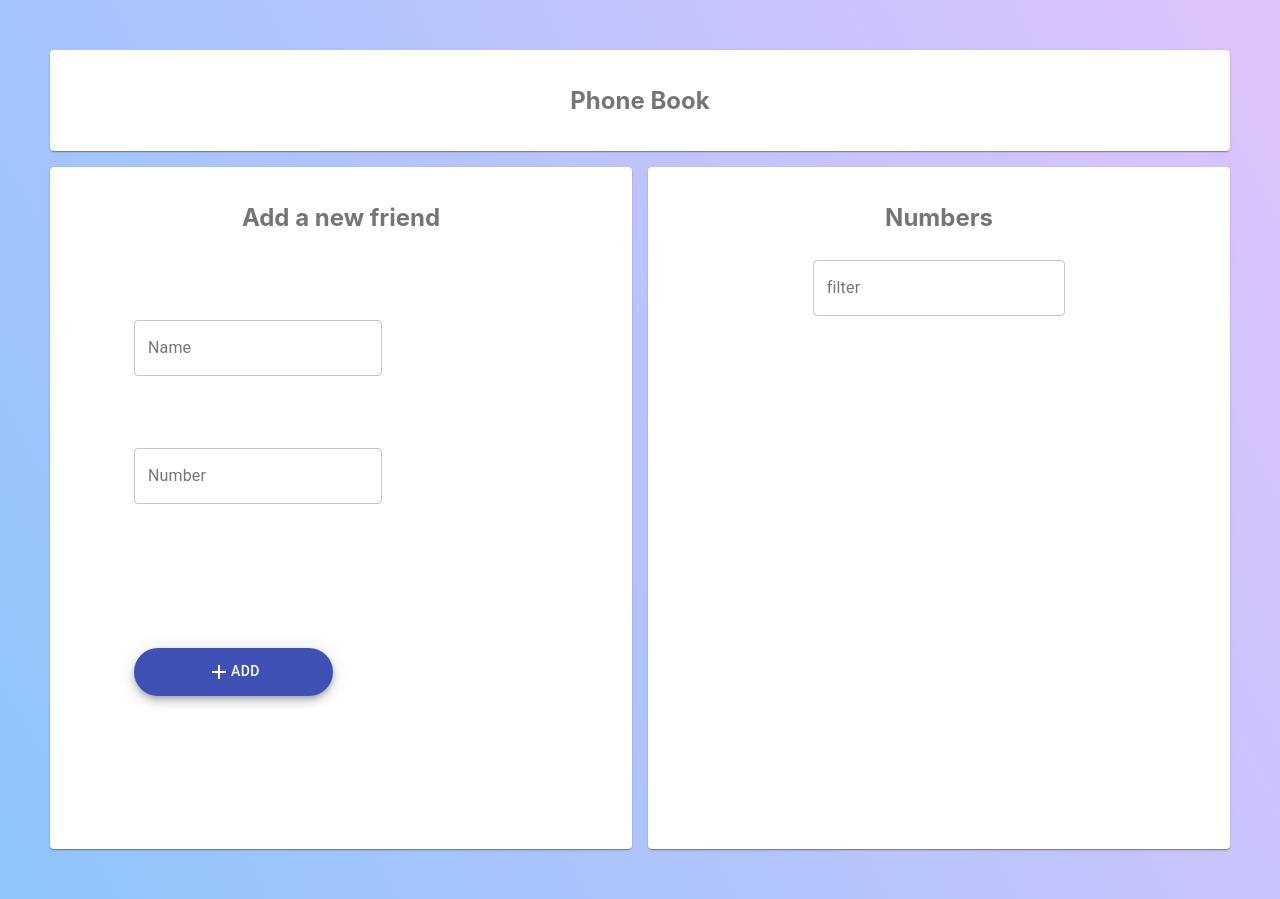
Repository: StacyLafume/phone-book
Page: / (app in phone-book/)
An editor plug-in stored every save of this project. The page is shown before and after the next save, followed by the edit.
The browser window is 1280 px wide. The pictures show the whole page.
The page's requests for data from a server got no answer. The project was rebuilt for these pictures with package versions that can differ from the ones it lists, and the page was loaded fresh each time. No one was signed in, and anything a server would have sent is missing. Also part of the build but not shown: phone-book/src/PhoneBook.js.

Above is the page before, as saved 2021-04-02 02:28:59.

### phone-book/src/index.css
body {
  margin: 0;
  font-family: -apple-system, BlinkMacSystemFont, 'Segoe UI', 'Roboto', 'Oxygen',
    'Ubuntu', 'Cantarell', 'Fira Sans', 'Droid Sans', 'Helvetica Neue',
    sans-serif;
  -webkit-font-smoothing: antialiased;
  -moz-osx-font-smoothing: grayscale;
  background-color: #8EC5FC;
background-image: linear-gradient(62deg, #8EC5FC 0%, #E0C3FC 100%);

}

code {
  font-family: source-code-pro, Menlo, Monaco, Consolas, 'Courier New',
    monospace;
}

### phone-book/src/App.js
import React, { useState, useEffect } from "react";
// importing a modual personsService
import personsService from "./Service/person";
import Filter from "./Filter";
import Notification from "./Notification";
import PersonForm from "./PersonForm";
import PhoneBook from "./PhoneBook";
import { makeStyles } from '@material-ui/core/styles';
import Paper from '@material-ui/core/Paper';
import Grid from '@material-ui/core/Grid';
import Box from '@material-ui/core/Box';
import List from '@material-ui/core/List';


const App = () => {
  const [persons, setPersons] = useState([]);
  const [newName, setNewName] = useState("");
  const [newNumber, setNewNumber] = useState("");
  const [showFilter, setshowFilter] = useState("");
  const [notification, setNotification] = useState(null);
  const [success, setSuccess] = useState(null);

  const useStyles = makeStyles((theme) => ({
    root: {
      flexGrow: 1,
      margin: 50,

    },
    paper: {
      padding: theme.spacing(2),
      justifyItems: 'center',
      color: theme.palette.text.secondary,
      overflow: 'auto',
      height: 650,

    },
    header1: {
      padding: theme.spacing(2),
      justifyItems: 'center',
      color: theme.palette.text.secondary,
      overflow: 'auto',
      textAlign: 'center'
    },
    addFriend:{
      padding: theme.spacing(2),
      justifyItems: 'center',
      color: theme.palette.text.secondary,
      overflow: 'auto',
      textAlign: 'center',
      height: 650,
      justifyContent: 'center'

    }
  }));

  // show data on the screen
  useEffect(() => {
    personsService
      .getAll()
      .then(response => {
        setPersons(response);
      })
      .catch(error => showMessage("Could not retrieve data", false));
  }, []);

  const addNewName = e => {
    e.preventDefault();
    const personObject = {
      name: newName,
      number: newNumber
    };

    //console.log('persons.some(e => e.name === newName)',persons.some(e => e.name === newName))

    // if name is already in phone book return true and alert user
    if (persons.some(e => e.name === newName)) {

      // first name equal to that name
      let personId = persons.find(item => item.name === newName);

      // assigning whats in person obj to person id to update the entry
      let updatedEntry = Object.assign(personId, personObject);

      // alert the user  to update name  and / or  number
      if (
        window.confirm(
          `Do you want to update ${newName} with number ${newNumber}?`
        )
      ) {
        // based on the condition it will make put request to update
        personsService
          .update(personId.id, personObject)
          .then(() => {
            setPersons(
              // map through persons check if name is equal to new name
              //and either return updatedEntry or item
              persons.map(item => (item.name === newName ? updatedEntry : item))
            );
            // reset inputs
            setNewName("");
            setNewNumber("");
            // alert user of the changes
            showMessage(` ${newName} phone number updated`);
          })
          .catch(error => {
            showMessage(
              `Update failed. ${newName} has already been removed from the phone book.`,
              false
            );
            setPersons(persons.filter(n => n.name !== newName));
          });
      }
    } else {
      // if number is already in phone book return true and alert user
      if (persons.some(e => e.number === newNumber)) {
        showMessage(`# ${newNumber} is already in the phone book.`, false);
      } else {
        // check if inputs are empty and set show message
        if (newName === "" || newNumber === "") {
          showMessage(`The name and number must not be empty`, false);
        } else {
          // add personObject to the data base
          personsService
            .create(personObject)
            .then(returnedPerson => {
              setPersons(persons.concat(returnedPerson));
              // reset inputs
              setNewName("");
              setNewNumber("");
              // alert user
              showMessage(`User ${newName} has been added to the phone book`);
            })
            .catch(error => {
              console.log(error.response.data.error)
              return showMessage(
                `Failed to add number. More about error: ${error.response.data.error
                }`,
                false
              );
            });
          // make a get requests of updated data
          personsService
            .getAll()
            .then(response => {
              setPersons(response);
            })
            .catch(error => showMessage("Could not retrieve data", false));
        }
      }
    }
  };

  const removeEntry = person => {
    // if user clicks yes to remove
    if (window.confirm(`Remove ${person.name}?`)) {
      // call delete request with id that needs to be deleted
      personsService
        .remove(person.id)
        .then(() => {
          // setPerson to filtered array of every preson but the deleted person
          setPersons(persons.filter(item => item.id !== person.id));
          showMessage(`${person.name} has been removed from the phone book`);
        })
        .catch(error => {
          showMessage(
            `Removal failed. User ${person.name
            } has already been removed from the phone book.`,
            false
          );
          // make a get requests of updated data
          personsService
            .getAll()
            .then(response => {
              setPersons(response);
            })
            .catch(error => showMessage("Could not retrieve data", false));
        });
    }
  };

  // tracking values in the name input
  const handleNameChange = e => {
    // console.log(e.target.value);
    setNewName(e.target.value);
  };

  // tracking values in the number input
  const handleNumberChange = e => {
    setNewNumber(e.target.value);
  };

  const showMessage = (message, successNotification = true) => {
    // sets notication based on the true or false given by the condiyion it was called in
    setNotification(message);
    // boolean value if the rquest was successful or not
    setSuccess(successNotification);

    // the notification will stay on browser for 3 sec
    setTimeout(() => {
      setNotification(null);
      setSuccess(null);
    }, 3000);
  };

  const classes = useStyles();
  return (
    <Box className={classes.root}>
      <Grid container spacing={2}>
      <Grid item xs={12}>
      <Paper className={classes.header1}>
        <h2>Phone Book</h2>
        </Paper>
        </Grid>
        <Grid item xs={6} >
          <Paper className={classes.paper}>


            <h2>Add a new friend</h2>
            <PersonForm
              addNewName={addNewName}
              newName={newName}
              handleNameChange={handleNameChange}
              handleNumberChange={handleNumberChange}
            />
          </Paper>
        </Grid>
        <Grid item xs={6}>
          <Paper className={classes.paper}>
            <h2>Numbers</h2>
            <Notification notification={notification} success={success} />
            <Filter showFilter={showFilter} setshowFilter={setshowFilter} />
            <List>
              <PhoneBook
                persons={persons}
                showFilter={showFilter}
                removeEntry={removeEntry}
              />
            </List>
          </Paper>
        </Grid>
      </Grid>
    </Box>
  );
};

export default App;

### phone-book/src/Service/person.js
import axios from "axios";

//const baseUrl = "http://localhost:3003/persons";
const baseUrl = 'api/persons';

// get rquest for all of json datas
const getAll = () => {
  const request = axios.get(baseUrl);
  return request.then(response => response.data);
};

// post request to add new entry
const create = newObject => {
  const request = axios.post(baseUrl, newObject);
  return request.then(response => response.data)
};

// put request to update json db
const update = (id, newObject) => {
  const request = axios.put(`${baseUrl}/${id}`, newObject);
  return request.then(response => response.data);
};

// delete request to delete from json data base
const remove = id => {
  const request = axios.delete(`${baseUrl}/${id}`);
  return request.then(response => response.data);
};


// exporting all of the functions
export default {
  getAll: getAll,
  create: create,
  update: update,
  remove: remove
};

### phone-book/src/Filter.js
import React from "react";
import { makeStyles } from '@material-ui/core/styles';
import TextField from '@material-ui/core/TextField';

const Filter = ({ showFilter, setshowFilter }) => {
  const useStyles = makeStyles((theme) => ({
    root: {
      '& > *': {
        margin: theme.spacing(1),
        width: '25ch',
      },
    },
  }));
  const classes = useStyles();
  const filterPersons = e => {
    setshowFilter(e.target.value);
  };

  return (
    <div className={classes.root}>
      <TextField id="outlined-basic" value={showFilter} label="filter" variant="outlined"onChange={filterPersons} />
    </div>
  );
};

export default Filter;

### phone-book/src/Notification.js
import React from "react";


const Notification = ({ notification, success }) => {
  // console.log(notification);
  // console.log(success);

  // if there is no notification return null
  if (notification === null) {
    return null;
  }

  // if success renders the paticular (inLine) style
  if (success)
    return (
      <div className="success" style={styles.success}>
        {notification}
      </div>
    );
  else
    return (
      <div className="success" style={styles.fail}>
        {notification}
      </div>
    );
};

var styles = {
  success: {
    color: "green",
    background: "white",
    fontSize: 20,
    borderStyle: "solid",
    borderRadius: 5,
    padding: 10,
    marginBottom: 10
  },
  fail: {
    color: "red",
    background: "white",
    fontSize: 20,
    borderStyle: "solid",
    borderRadius: 5,
    padding: 10,
    marginBottom: 10
  }
};

export default Notification;

### phone-book/src/PersonForm.js
import React from "react";
import { makeStyles } from '@material-ui/core/styles';
import TextField from '@material-ui/core/TextField';
import Grid from '@material-ui/core/Grid';
import Fab from '@material-ui/core/Fab';
import AddIcon from '@material-ui/icons/Add';



const PersonForm = ({
  newName,
  newNumber,
  addNewName,
  handleNameChange,
  handleNumberChange
}) => {
  const useStyles = makeStyles((theme) => ({
    root: {
      '& > *': {
        margin: theme.spacing(9),
        width: '25ch',
      },
    },
    press: {
      margin: {
        margin: theme.spacing(1),
      },
      extendedIcon: {
        marginRight: theme.spacing(1),
      },
    }
  }));
  const classes = useStyles();
  return (
    <Grid container spacing={1}>
      <form onSubmit={addNewName} className={classes.root} noValidate autoComplete="off">

        {/* calls the function tracking values in the name input */}
        {/* name: <input value={newName} onChange={handleNameChange} /> */}
        <Grid item xs={12}>
        <TextField id="outlined-basic" className={classes.press} label="Name" value={newName} onChange={handleNameChange} variant="outlined" />
        </Grid>
        <Grid item  xs={12}>
        {/* calls the function tracking values in the number input */}
        <TextField id="outlined-basic"  className={classes.press} value={newNumber} onChange={handleNumberChange} label="Number" variant="outlined" />
        </Grid>
        {/* calls the create request to add name and number */}
        <Fab variant="extended" color="primary" aria-label="add" className={classes.margin} type="submit">
          <AddIcon className={classes.extendedIcon} />
         Add
        </Fab>
      </form>
      </Grid>

  );
};


export default PersonForm;

Loaded but not shown: phone-book/public/index.html (common file); phone-book/src/index.js (common file)

After the next save:
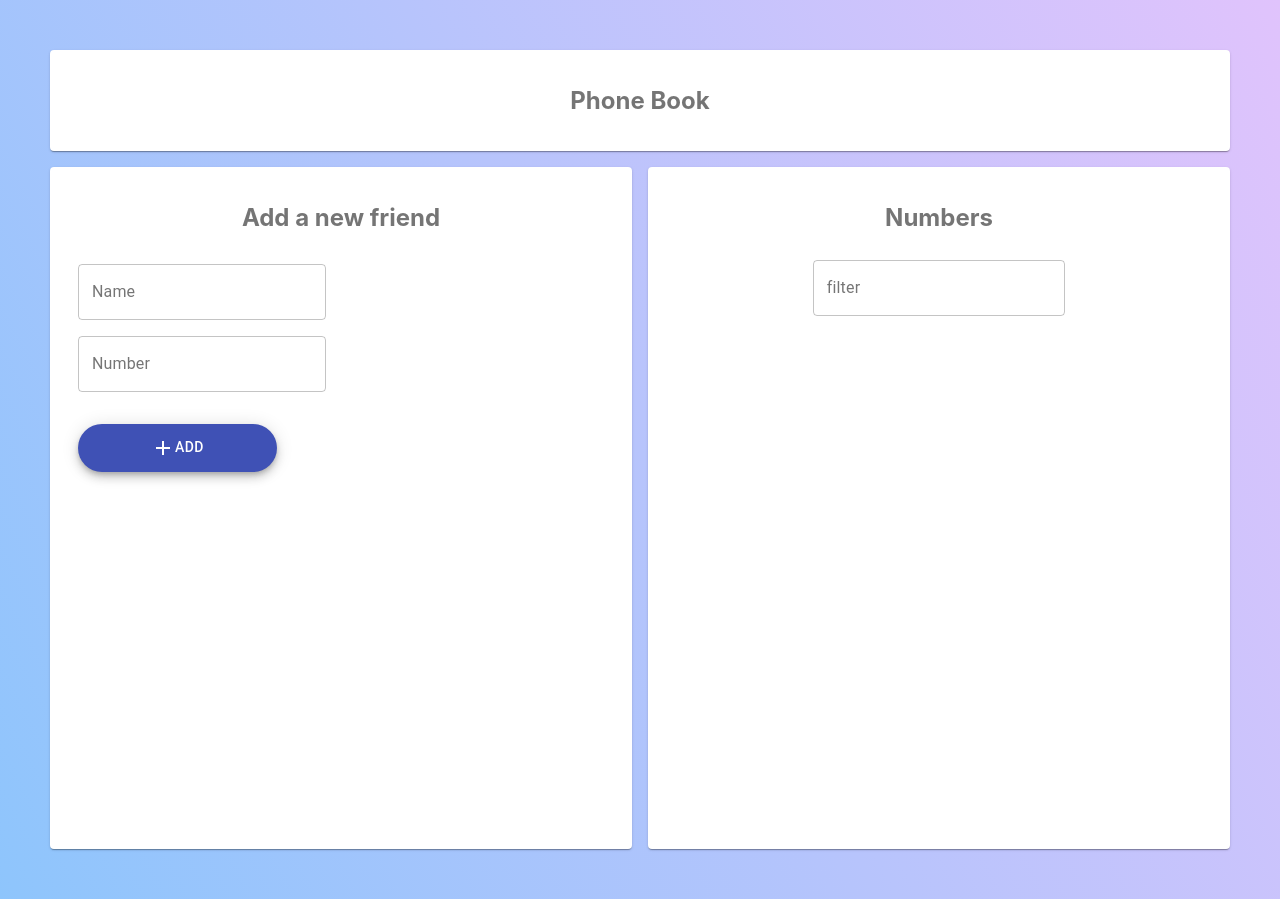
Saved 16 s later.
--- a/phone-book/src/PersonForm.js
+++ b/phone-book/src/PersonForm.js
@@ -17,7 +17,7 @@ const PersonForm = ({
   const useStyles = makeStyles((theme) => ({
     root: {
       '& > *': {
-        margin: theme.spacing(9),
+        margin: theme.spacing(2),
         width: '25ch',
       },
     },
